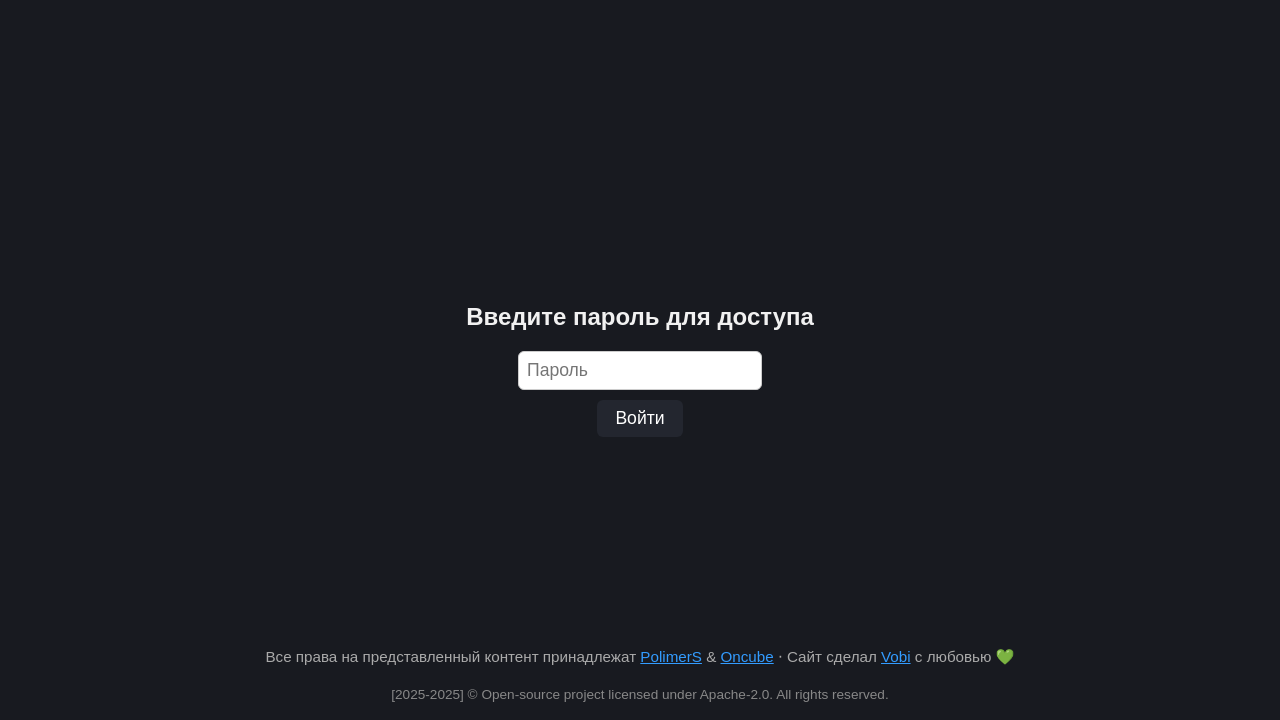
Repository: oncube-dev/OnCube-dev_website
Page: files_for_hosting/html_plus_js.version/index.html
These files come from the project's save history. The page is drawn as it stood at one moment and after the next save; the edit follows.
The browser window is 1280 px wide. The pictures show the whole page.
The page's requests for data from a server got no answer.

Above is the page before, as saved 2025-07-28 14:34:32.

After the next save:
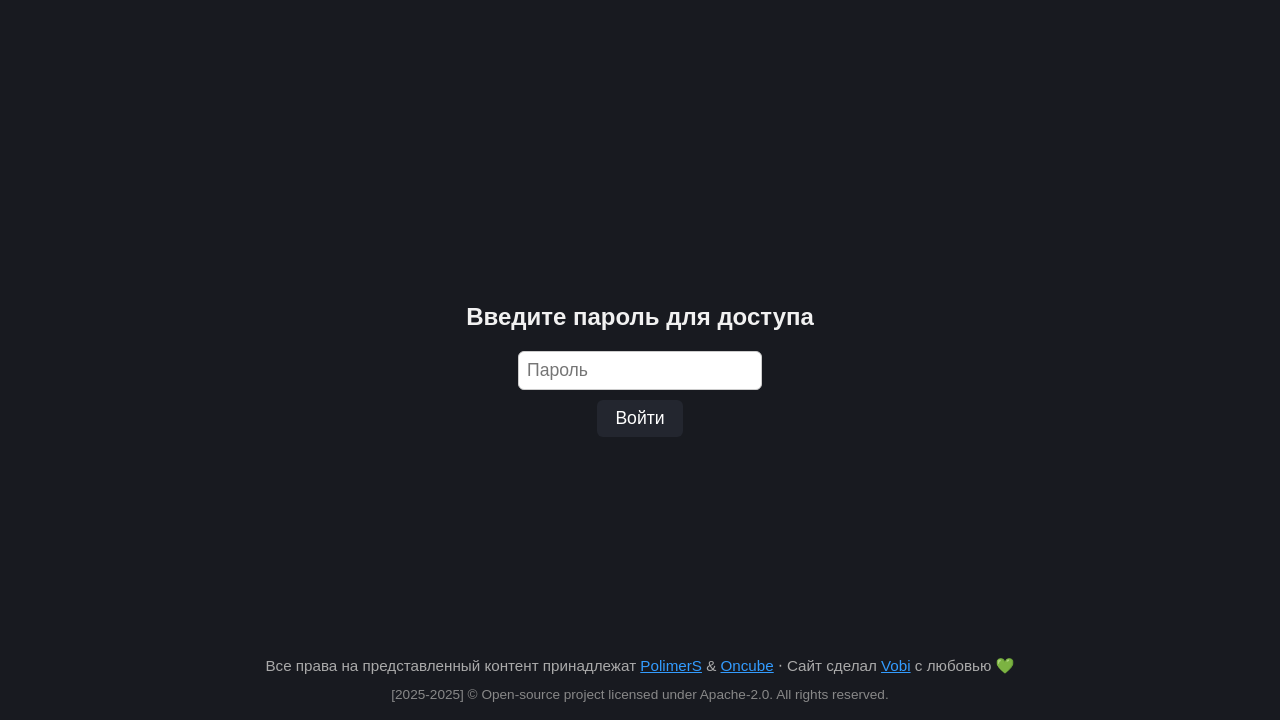
Saved 35 s later.
--- a/files_for_hosting/html_plus_js.version/index.html
+++ b/files_for_hosting/html_plus_js.version/index.html
@@ -21,7 +21,7 @@
             position: fixed;
             left: 0;
             right: 0;
-            bottom: 54px;
+            bottom: 45px;
             text-align: center;
             font-size: 0.95em;
             color: #888;
